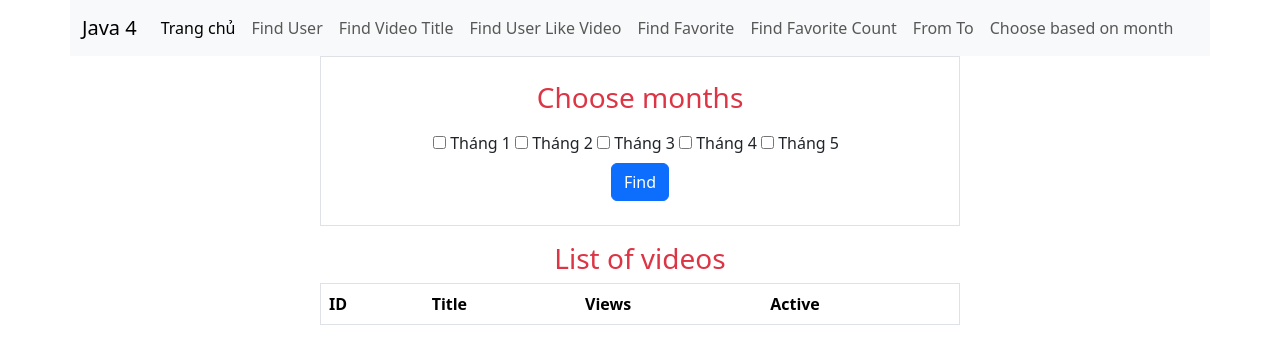
Repository: DanielNine9/java_servlet
Page: http://localhost/lab6/find/choose-month
These files come from the project's save history. The page is drawn as it stood at one moment and after the next save; the edit follows.
The browser window is 1280 px wide. The pictures show the whole page.
The page is served by Tomcat 9.

Above is the page before, as saved 2024-07-17 09:39:52.

After the next save:
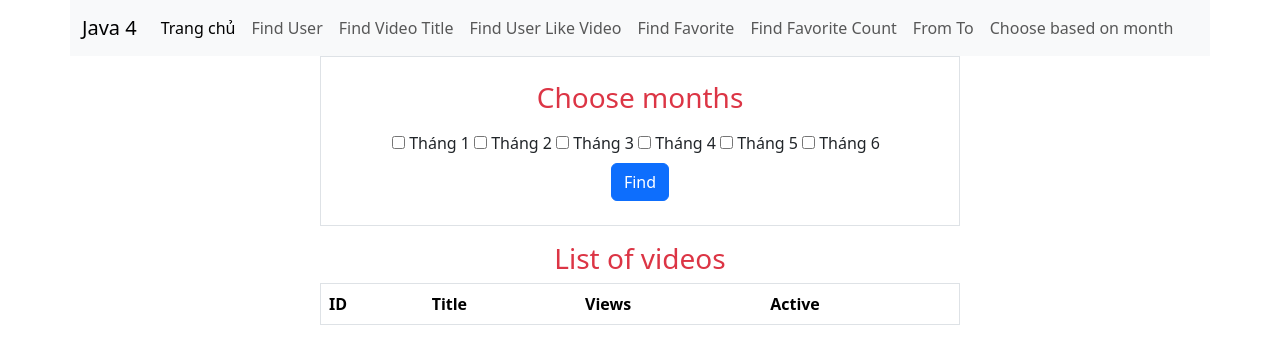
Saved 11 s later.
--- a/lab6/src/main/webapp/lab6/chooseMonth.jsp
+++ b/lab6/src/main/webapp/lab6/chooseMonth.jsp
@@ -41,6 +41,10 @@
 					<input type="checkbox" id="5"> <label for="5">Tháng
 						5</label>
 				</div>
+				<div>
+					<input type="checkbox" id="6"> <label for="6">Tháng
+						6</label>
+				</div>
 			</div>
 			<div></div>
 		</div>
